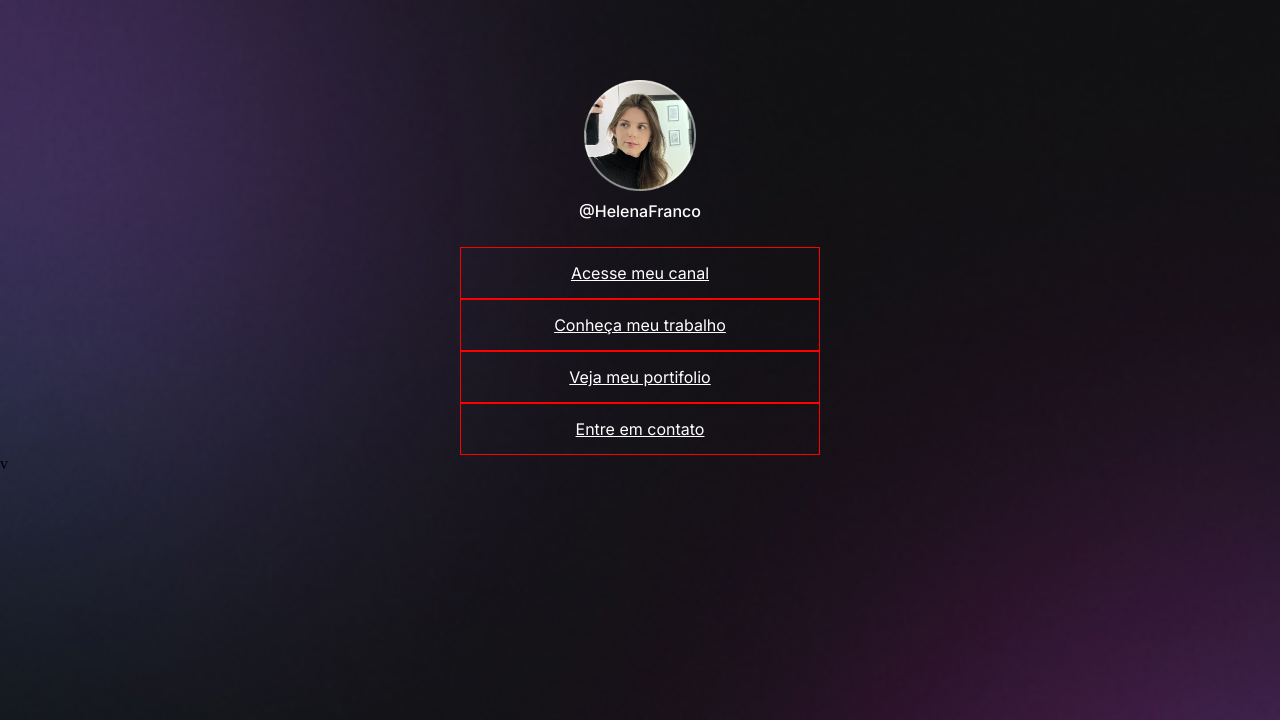
Repository: Fr4nc021/Pagina-de-links-
Page: index.html
The author's editor kept a copy of each file at every save. The page is drawn from the files as they stood at one save, then again after the next save.
The browser window is 1280 px wide. The pictures show the whole page.

Above is the page before, as saved 2025-02-10 16:45:45.

### index.html
<!DOCTYPE html>
<html lang="pt-br">
<head>
    <link rel="preconnect" href="https://fonts.googleapis.com">
    <link rel="preconnect" href="https://fonts.gstatic.com" crossorigin>
    <link href="https://fonts.googleapis.com/css2?family=Inter:ital,opsz,wght@0,14..32,100..900;1,14..32,100..900&display=swap" rel="stylesheet">
    <meta charset="UTF-8">
    <meta name="viewport" content="width=device-width, initial-scale=1.0">
    <title>DevLinks</title>
    <link rel="stylesheet" href="style.css">
</head>
<body>
    <div id="container">
    <div id="profile">
    <img
        src="./assets/avatar.png"
        alt="Foto da Helena Franco sorrindo">
        <p>@HelenaFranco</p>
    </div>
    <div>
        <ul>
            <li>
                <a href="#" target="_blank">Acesse meu canal</a>
            </li>
            <li>
                <a href="#" target="_blank">Conheça meu trabalho</a>
            </li>
            <li>
                <a href="#" target="_blank">Veja meu portifolio</a>
            </li>
            <li>
                <a href="#" target="_blank">Entre em contato</a>
            </li>
        </ul>
    </div>
    </div>
</body> v
</html>

### style.css
* {
    margin: 0%;
    padding: 0%;
    box-sizing: border-box;
}


body {
background: url(./assets/bg-mobile.jpg) no-repeat top center/cover;
}

body * {
        font-family: "Inter", sans-serif;
        color: #ffffff
      }

#container {
    width: 360px;
    margin: 56px auto 0px
}

#profile img {
    width: 112px;
    display: block;
    margin: auto;

}

#profile {
    text-align: center;
    padding: 24px;
}

#profile p {
    font-weight: 500;
    line-height: 24px;
    margin-top: 8px;
}

/* Links */

ul{
    list-style: none;
}

ul li a {
        border: 1px solid red;

        display: flex;
        align-items: center;
        justify-content: center;

        height: 52px;
}

After the next save:
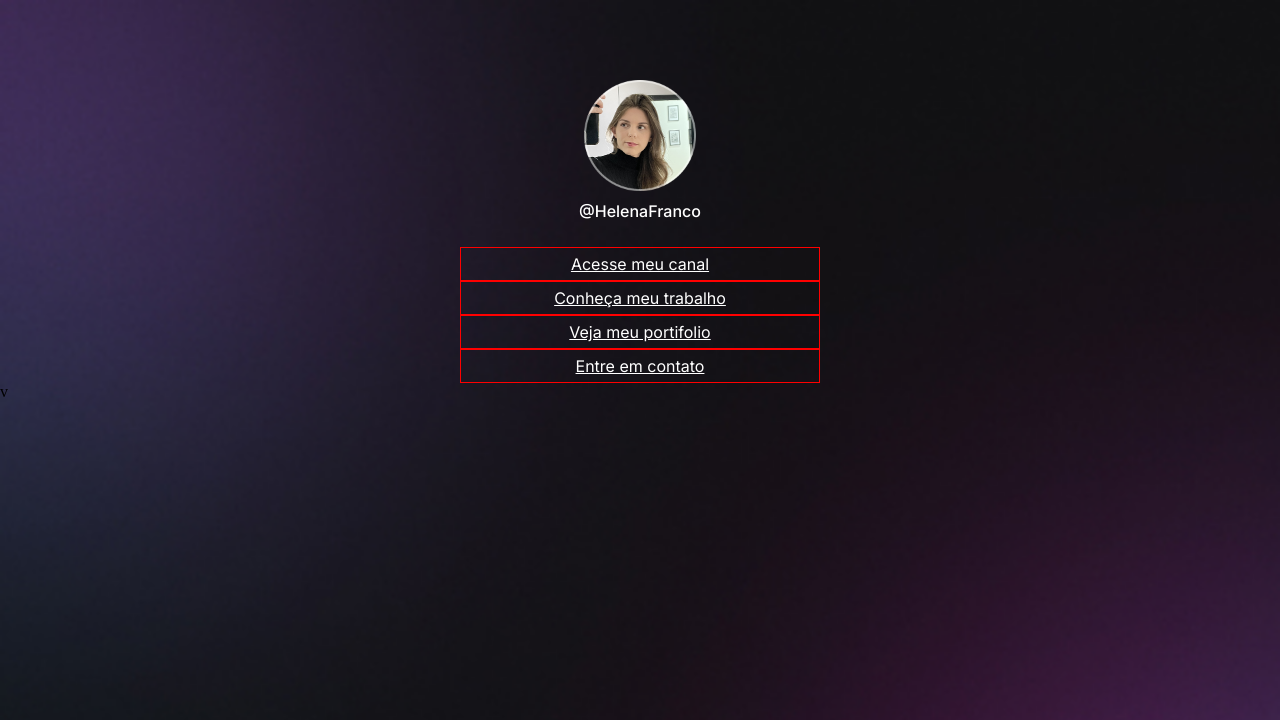
Saved 87 s later.
--- a/style.css
+++ b/style.css
@@ -49,6 +49,5 @@ ul li a {
         display: flex;
         align-items: center;
         justify-content: center;
-
-        height: 52px;
+        padding: 6px;
 }
